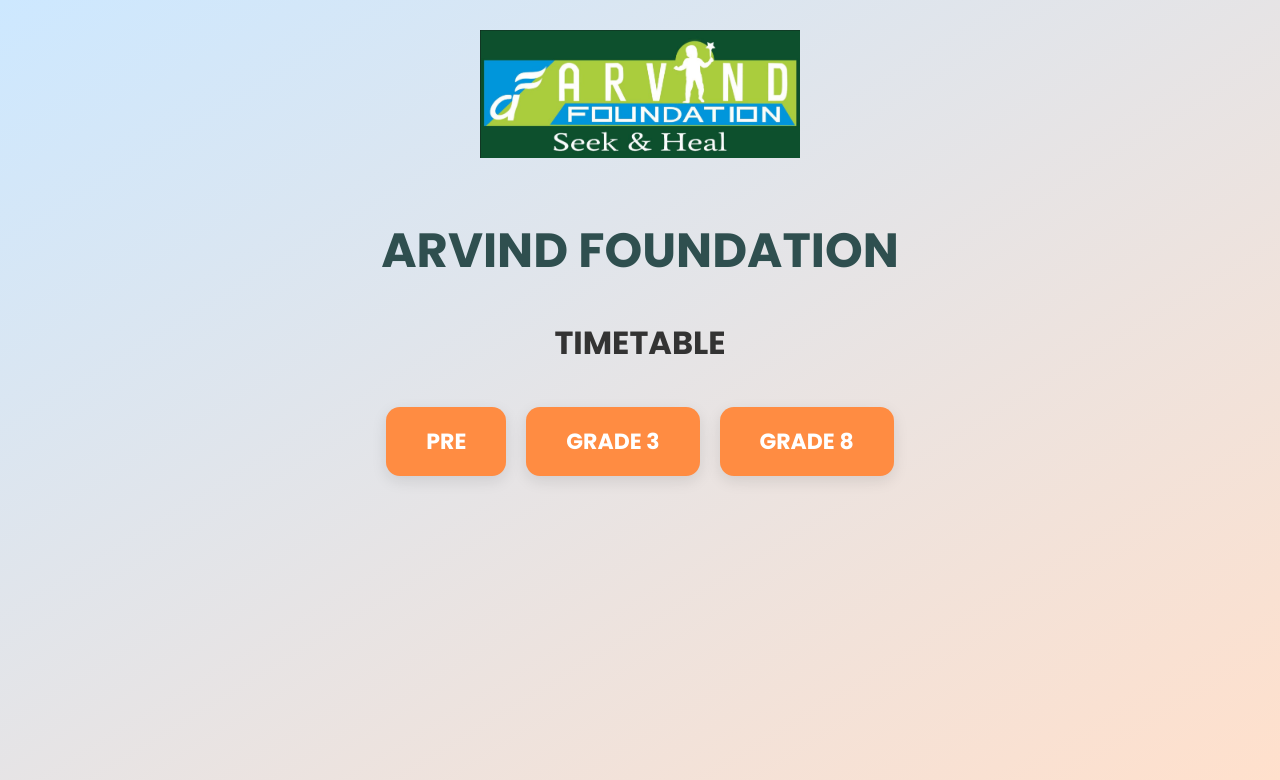
Repository: atchayasasikumar10/timetable-website
Page: http://localhost/
These files come from the project's save history. The page is drawn as it stood at one moment and after the next save; the edit follows.
The browser window is 1280 px wide. The pictures show the whole page.
The page is served by the project's application, run on Flask 3 (main.py).

Above is the page before, as saved 2025-06-27 19:01:08.

### templates/index.html
<!DOCTYPE html>
<html lang="en">
<head>
    <meta charset="UTF-8">
    <title>ARVIND FOUNDATION - Timetable</title>

    <!-- Google Font -->
    <link href="https://fonts.googleapis.com/css2?family=Poppins:wght@400;700&display=swap" rel="stylesheet">

    <style>
        body {
            margin: 0;
            font-family: 'Poppins', sans-serif;
            background: linear-gradient(to bottom right, #cde8ff, #ffe0cc); /* Soft blue to peach */
            display: flex;
            flex-direction: column;
            align-items: center;
            text-align: center;
            min-height: 100vh;
            padding: 30px;
        }

        .logo {
            width: 320px; /* Larger logo */
            margin-bottom: 25px;
        }

        h1 {
            font-size: 48px;
            font-weight: 700;
            color: #2f4f4f;
            margin-bottom: 5px;
        }

        h2 {
            font-size: 32px;
            font-weight: 600;
            color: #333;
            margin-bottom: 40px;
        }

        .grade-buttons {
            display: flex;
            flex-wrap: wrap;
            justify-content: center;
            gap: 20px;
        }

        .grade-buttons a {
            text-decoration: none;
            background-color: #ff8c42; /* Nice bright orange */
            color: white;
            font-size: 22px;
            font-weight: bold;
            padding: 18px 40px;
            border-radius: 14px;
            box-shadow: 0 5px 15px rgba(0,0,0,0.1);
            transition: background-color 0.3s, transform 0.2s;
        }

        .grade-buttons a:hover {
            background-color: #e6762c;
            transform: scale(1.05);
        }

        @media (max-width: 600px) {
            .grade-buttons a {
                width: 80%;
            }
        }
    </style>
</head>
<body>

    <!-- Logo -->
    <img src="{{ url_for('static', filename='logo.png') }}" alt="Arvind Foundation Logo" class="logo">

    <h1>ARVIND FOUNDATION</h1>
    <h2>TIMETABLE</h2>

    <div class="grade-buttons">
        <a href="/pre">PRE</a>
        <a href="/grade3">GRADE 3</a>
        <a href="/grade8">GRADE 8</a>
    </div>

</body>
</html>

### main.py
from flask import Flask, render_template

app = Flask(__name__)

@app.route("/")
def home():
    return render_template("index.html")

@app.route("/pre")
def pre_home():
    return render_template("pre.html")  # ✅ Matches template filename

@app.route("/grade3")
def grade3_home():
    return render_template("grade3.html")  # ✅ Matches template filename

@app.route("/grade8")
def grade8_home():
    return render_template("grade8.html")  # ✅ Matches template filename

if __name__ == "__main__":
    app.run(host='0.0.0.0', debug=True)

After the next save:
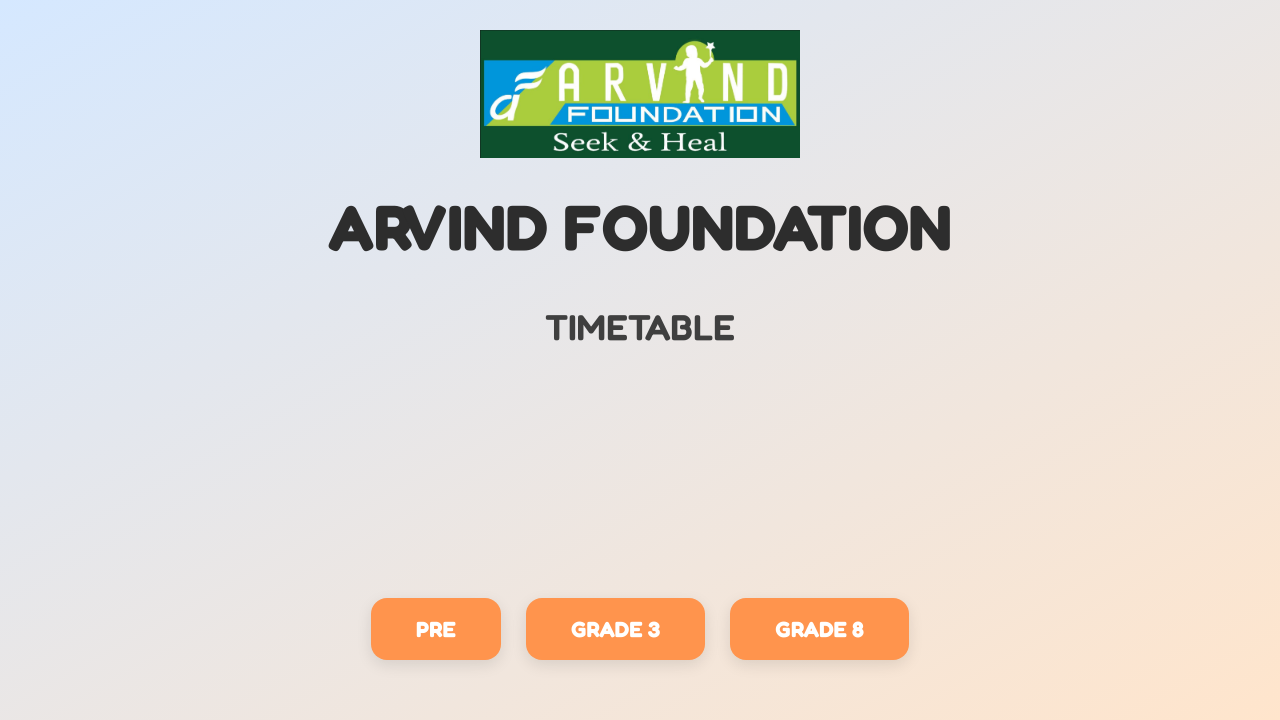
Saved 2 min 40 s later.
--- a/templates/index.html
+++ b/templates/index.html
@@ -4,68 +4,79 @@
     <meta charset="UTF-8">
     <title>ARVIND FOUNDATION - Timetable</title>
 
-    <!-- Google Font -->
-    <link href="https://fonts.googleapis.com/css2?family=Poppins:wght@400;700&display=swap" rel="stylesheet">
+    <!-- Appealing Rounded Font -->
+    <link href="https://fonts.googleapis.com/css2?family=Fredoka:wght@400;600;700&display=swap" rel="stylesheet">
 
     <style>
         body {
             margin: 0;
-            font-family: 'Poppins', sans-serif;
-            background: linear-gradient(to bottom right, #cde8ff, #ffe0cc); /* Soft blue to peach */
+            font-family: 'Fredoka', sans-serif;
+            background: linear-gradient(to bottom right, #d5e8ff, #ffe5cc);
             display: flex;
             flex-direction: column;
             align-items: center;
             text-align: center;
             min-height: 100vh;
-            padding: 30px;
+            padding: 0 20px;
         }
 
         .logo {
-            width: 320px; /* Larger logo */
-            margin-bottom: 25px;
+            width: 320px;
+            margin-top: 30px;
+            margin-bottom: 20px;
         }
 
         h1 {
-            font-size: 48px;
+            font-size: 64px;
             font-weight: 700;
-            color: #2f4f4f;
-            margin-bottom: 5px;
+            color: #2d2d2d;
+            margin: 10px 0;
         }
 
         h2 {
-            font-size: 32px;
+            font-size: 36px;
             font-weight: 600;
-            color: #333;
-            margin-bottom: 40px;
+            color: #3f3f3f;
+            margin-bottom: 60px;
         }
 
         .grade-buttons {
+            margin-top: auto;
+            margin-bottom: 60px;
             display: flex;
             flex-wrap: wrap;
             justify-content: center;
-            gap: 20px;
+            gap: 25px;
         }
 
         .grade-buttons a {
             text-decoration: none;
-            background-color: #ff8c42; /* Nice bright orange */
+            background-color: #ff944d;
             color: white;
             font-size: 22px;
             font-weight: bold;
-            padding: 18px 40px;
-            border-radius: 14px;
+            padding: 18px 45px;
+            border-radius: 16px;
             box-shadow: 0 5px 15px rgba(0,0,0,0.1);
             transition: background-color 0.3s, transform 0.2s;
         }
 
         .grade-buttons a:hover {
-            background-color: #e6762c;
+            background-color: #e67a33;
             transform: scale(1.05);
         }
 
         @media (max-width: 600px) {
             .grade-buttons a {
                 width: 80%;
+            }
+
+            h1 {
+                font-size: 44px;
+            }
+
+            h2 {
+                font-size: 28px;
             }
         }
     </style>
@@ -75,9 +86,11 @@
     <!-- Logo -->
     <img src="{{ url_for('static', filename='logo.png') }}" alt="Arvind Foundation Logo" class="logo">
 
+    <!-- Main Headings -->
     <h1>ARVIND FOUNDATION</h1>
     <h2>TIMETABLE</h2>
 
+    <!-- Buttons Placed Lower -->
     <div class="grade-buttons">
         <a href="/pre">PRE</a>
         <a href="/grade3">GRADE 3</a>
